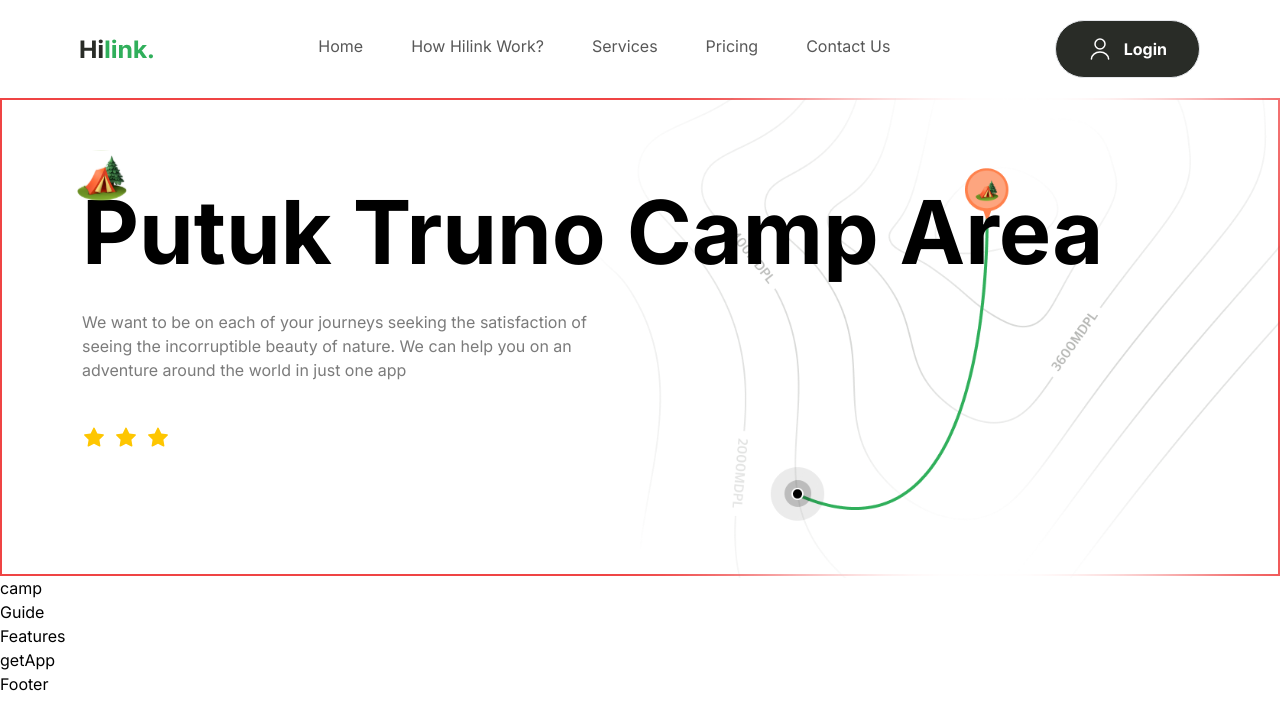
Repository: tarun4141/travel-app
Page: /
An editor plug-in stored every save of this project. The page is shown before and after a run of saves, followed by the edit.
The browser window is 1280 px wide. The pictures show the whole page.
The project was rebuilt for these pictures with package versions that can differ from the ones it lists, and the page was loaded fresh each time. The framework's server and built-in components were replaced by stand-ins that run in the browser. Also part of the build but not shown: next.config.mjs.

Above is the page before, as saved 2024-06-23 02:58:53.

### app/layout.tsx
import type { Metadata } from "next";

import "./globals.css";
import Navbar from "@/components/Navbar";
import Footer from "@/components/Footer";



export const metadata: Metadata = {
  title: "Travel App",
  description: "Travel next app",
};

export default function RootLayout({
  children,
}: Readonly<{
  children: React.ReactNode;
}>) {
  return (
    <html lang="en">

      <body >

      <Navbar/>
      <main className="relative overflow-hidden">
      {children}

      </main>

      <Footer/>
      </body>
    </html>
  );
}

### app/page.tsx
import Camp from "@/components/Camp";
import Features from "@/components/Features";
import GetApp from "@/components/GetApp";
import Guide from "@/components/Guide";
import Hero from "@/components/Hero";


export default function Home() {
  return (
  <>
  <Hero/>
  <Camp/>
  <Guide/>
  <Features/>
  <GetApp/>

  </>
  );
}

### components/Navbar.tsx
import { NAV_LINKS } from '@/constants'
import Image from 'next/image'
import Link from 'next/link'
import React from 'react'
import Button from './Button'

const Navbar = () => {
  return (
   <nav className='
  flexBetween max-container
  padding-container
  relative z-30 py-5 '>
   <Link href="/">
   <Image src="/hilink-logo.svg"
   alt='logo'
   width={74}
   height={29}
   />


   </Link>
   <ul className='hidden h-full gap-12 lg:flex'>

   {NAV_LINKS.map((link)=>(
      <Link href={link.href} key={link.key}
      className='regular-16 text-gray-50 flexCenter cursor-pointer pb-1.5 transition-all hover:font-bold '>
      {link.label}
      </Link>
   ))}


 </ul>

<div className='lg:flexCenter hidden'>
   <Button
   type="button"
   title="Login"
   icon="/user.svg"
   variant="btn_dark_green"
   />
</div>
<Image
src="menu.svg"
alt='menu'
width={32}
height={32}
className='inline-block cursor-pointer lg:hidden'

/>



   </nav>
  )
}

export default Navbar

### components/Camp.tsx
import React from 'react'

const Camp = () => {
  return (
    <div>
      camp
    </div>
  )
}

export default Camp

### components/Features.tsx
import React from 'react'

const Features = () => {
  return (
    <div>
      Features
    </div>
  )
}

export default Features

### components/GetApp.tsx
import React from 'react'

const GetApp = () => {
  return (
    <div>
      getApp
    </div>
  )
}

export default GetApp

### components/Guide.tsx
import React from 'react'

const Guide = () => {
  return (
    <div>
      Guide
    </div>
  )
}

export default Guide

### components/Hero.tsx
import Image from 'next/image'
import React from 'react'

const Hero = () => {
  return (
    <section className='max-container padding-container flex flex-col
    gap-20 py-10 pb-32 md:gap-28 lg:py-20 xl:flex-row border-2
     border-red-500'>

        <div className='hero-map'></div>

        <div className='relative z-20 flex flex-1 flex-col xl:w-1/2' >
        <Image
        src="/camp.svg"
        alt='camp'
        width={50}
        height={50}
        className='absolute left-[-5px] top-[-30px] w-10 lg:w-[50px]'
        />
        <h1 className='bold-52 lg:bold-88'>Putuk Truno Camp Area</h1>
        <p className="regular-16 mt-6 text-gray-30 xl:max-w-[520px]">
          We want to be on each of your journeys seeking the satisfaction of seeing the incorruptible beauty of nature. We can help you on an adventure around the world in just one app
        </p>
        <div className='my-11 flex fle-wrap gap-5'>
            <div className='flex items-center gap-2'>
                {
                    Array(5).fill(1,2).map((_,index)=>(
                        <Image
                        src="/star.svg"
                        alt='star'
                        key={index}
                        width={24}
                        height={24}
                        />
                    ))
                }



            </div>


        </div>





        </div>



    </section>
  )
}

export default Hero

### constants/index.ts
//NAVIGATION
export const NAV_LINKS = [
    { href: '/', key: 'home', label: 'Home' },
    { href: '/', key: 'how_hilink_work', label: 'How Hilink Work?' },
    { href: '/', key: 'services', label: 'Services' },
    { href: '/', key: 'pricing ', label: 'Pricing ' },
    { href: '/', key: 'contact_us', label: 'Contact Us' },
  ];

  // CAMP SECTION
  export const PEOPLE_URL = [
    '/person-1.png',
    '/person-2.png',
    '/person-3.png',
    '/person-4.png',
  ];

  // FEATURES SECTION
  export const FEATURES = [
    {
      title: 'Real maps can be offline',
      icon: '/map.svg',
      variant: 'green',
      description:
        'We provide a solution for you to be able to use our application when climbing, yes offline maps you can use at any time there is no signal at the location',
    },
    {
      title: 'Set an adventure schedule',
      icon: '/calendar.svg',
      variant: 'green',
      description:
        "Schedule an adventure with friends. On holidays, there are many interesting offers from Hilink. That way, there's no more discussion",
    },
    {
      title: 'Technology using augment reality',
      icon: '/tech.svg',
      variant: 'green',
      description:
        'Technology uses augmented reality as a guide to your hiking trail in the forest to the top of the mountain. Already supported by the latest technology without an internet connection',
    },
    {
      title: 'Many new locations every month',
      icon: '/location.svg',
      variant: 'orange',
      description:
        'Lots of new locations every month, because we have a worldwide community of climbers who share their best experiences with climbing',
    },
  ];

  // FOOTER SECTION
  export const FOOTER_LINKS = [
    {
      title: 'Learn More',
      links: [
        'About Hilink',
        'Press Releases',
        'Environment',
        'Jobs',
        'Privacy Policy',
        'Contact Us',
      ],
    },
    {
      title: 'Our Community',
      links: ['Climbing xixixi', 'Hiking hilink', 'Hilink kinthill'],
    },
  ];

  export const FOOTER_CONTACT_INFO = {
    title: 'Contact Us',
    links: [
      { label: 'Admin Officer', value: '123-456-7890' },
      { label: 'Email Officer', value: 'hilink@akinthil.com' },
    ],
  };

  export const SOCIALS = {
    title: 'Social',
    links: [
      '/facebook.svg',
      '/instagram.svg',
      '/twitter.svg',
      '/youtube.svg',
      '/wordpress.svg',
    ],
  };

### components/Button.tsx
import Image from "next/image";


type ButtonProps ={
  type: "button"|"submit";
  title:string;
  icon?:string;
  variant:'btn_dark_green'
}

const Button = ({type,title,icon,variant}:ButtonProps) => {
  return (
    <button
    className={`flexCenter gap-3 rounded-full border ${variant}`}

    type={type}>

        {icon && <Image src={icon} alt={title} width={24} height={24} />}
   <label className="bold-16 whitespace-nowrap">{title}</label>

    </button>

  )
}

export default Button

Loaded but not shown: app/globals.css (common file); components/Footer.tsx (common file); tailwind.config.ts (common file)

After the next 2 saves:
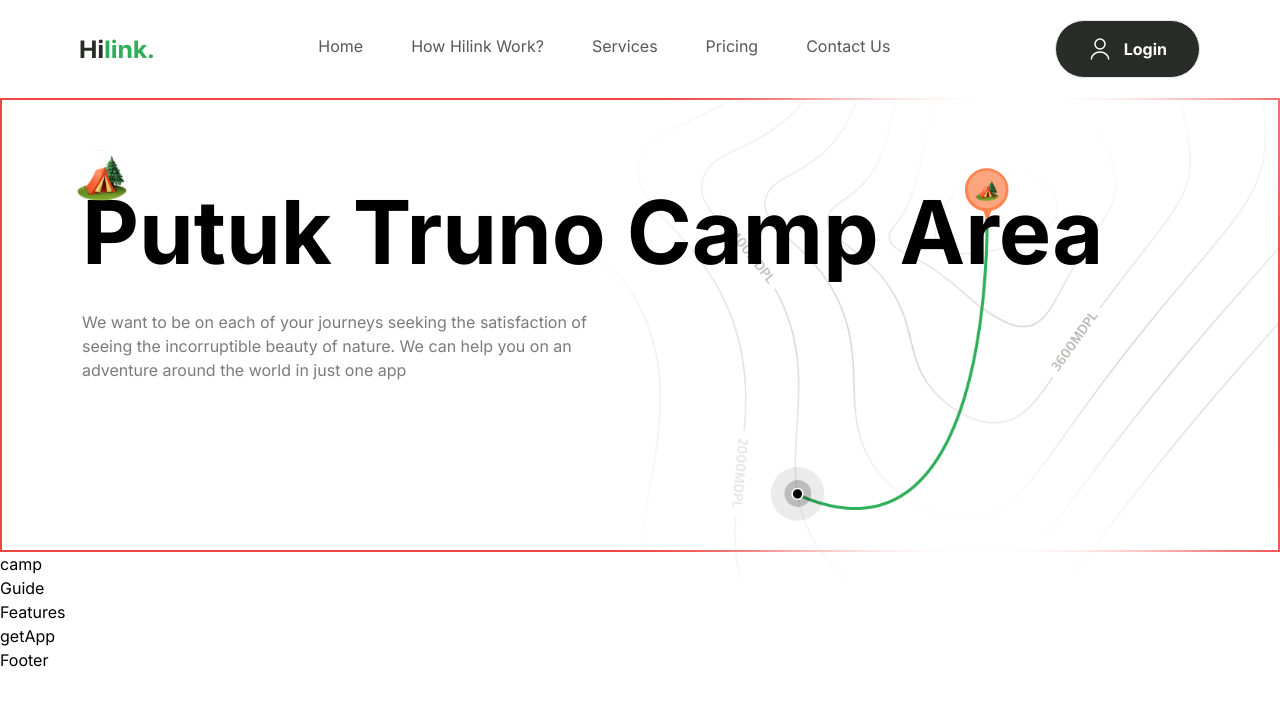
The 2 saves are shown as one change because they came seconds apart.
The last was saved 40 s later.
--- a/components/Hero.tsx
+++ b/components/Hero.tsx
@@ -24,7 +24,7 @@
         <div className='my-11 flex fle-wrap gap-5'>
             <div className='flex items-center gap-2'>
                 {
-                    Array(5).fill(1,2).map((_,index)=>(
+                    Array(5).fill(1,6).map((_,index)=>(
                         <Image
                         src="/star.svg"
                         alt='star'
